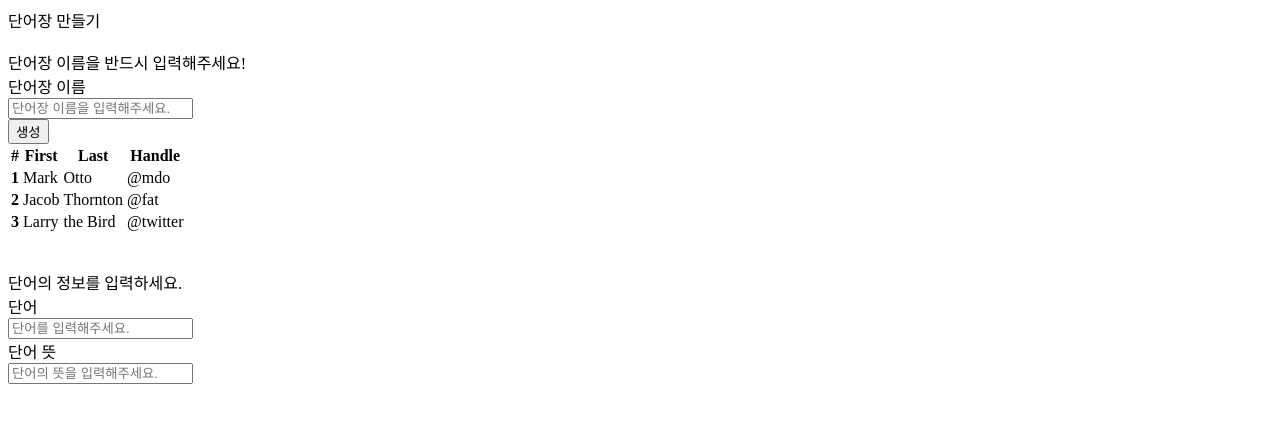
Repository: Pastelkun99/remembrance
Page: http://localhost/ProjectRemembrance/WEB-INF/views/menu_pages/11_makeWordCard.jsp
The author's editor kept a copy of each file at every save. The page is drawn from the files as they stood at one save, then again after a run of saves.
The browser window is 1280 px wide. The pictures show the whole page.
The page is served by Tomcat 9. Nobody is signed in. The template is opened directly, without the code that normally fills it, so the values that code supplies are empty.

Above is the page before, as saved 2019-08-27 13:27:39.

After the next 2 saves:
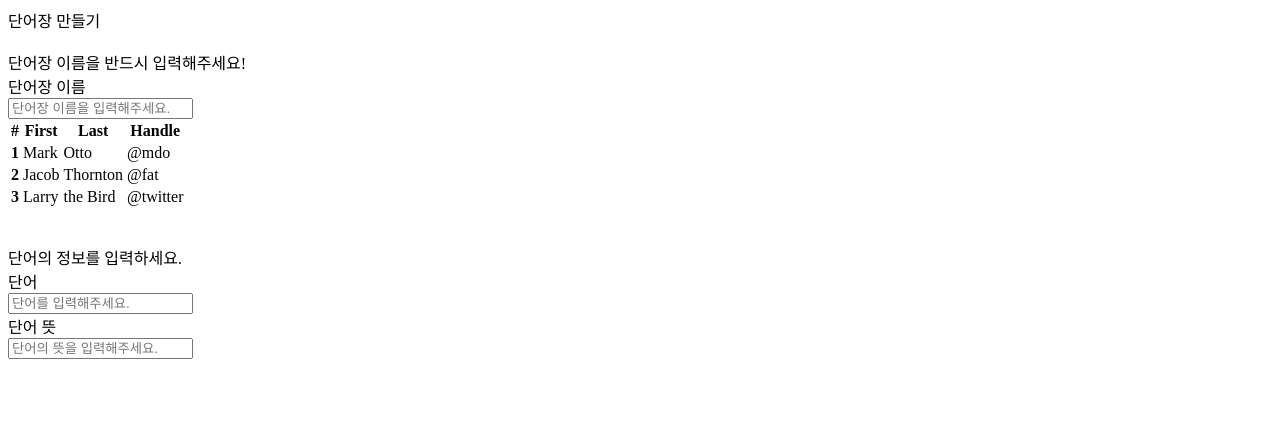
The 2 saves are shown as one change because they came seconds apart.
The last was saved 63 s later.
--- a/ProjectRemembrance/src/main/webapp/WEB-INF/views/menu_pages/11_makeWordCard.jsp
+++ b/ProjectRemembrance/src/main/webapp/WEB-INF/views/menu_pages/11_makeWordCard.jsp
@@ -14,39 +14,40 @@
 		<input type="text" class="form-control" id="q_name"
 			placeholder="단어장 이름을 입력해주세요." required="required"> </br>
 	</div>
-	<button type="button" class="btn btn-info">생성</button>
+	<table class="table">
+		<thead class="thead-light">
+			<tr>
+				<th scope="col">#</th>
+				<th scope="col">First</th>
+				<th scope="col">Last</th>
+				<th scope="col">Handle</th>
+			</tr>
+		</thead>
+		<tbody>
+			<tr>
+				<th scope="row">1</th>
+				<td>Mark</td>
+				<td>Otto</td>
+				<td>@mdo</td>
+			</tr>
+			<tr>
+				<th scope="row">2</th>
+				<td>Jacob</td>
+				<td>Thornton</td>
+				<td>@fat</td>
+			</tr>
+			<tr>
+				<th scope="row">3</th>
+				<td>Larry</td>
+				<td>the Bird</td>
+				<td>@twitter</td>
+			</tr>
+		</tbody>
+	</table>
+
 </div>
 
-<table class="table">
-	<thead class="thead-light">
-		<tr>
-			<th scope="col">#</th>
-			<th scope="col">First</th>
-			<th scope="col">Last</th>
-			<th scope="col">Handle</th>
-		</tr>
-	</thead>
-	<tbody>
-		<tr>
-			<th scope="row">1</th>
-			<td>Mark</td>
-			<td>Otto</td>
-			<td>@mdo</td>
-		</tr>
-		<tr>
-			<th scope="row">2</th>
-			<td>Jacob</td>
-			<td>Thornton</td>
-			<td>@fat</td>
-		</tr>
-		<tr>
-			<th scope="row">3</th>
-			<td>Larry</td>
-			<td>the Bird</td>
-			<td>@twitter</td>
-		</tr>
-	</tbody>
-</table>
+
 
 </br>
 </br>
